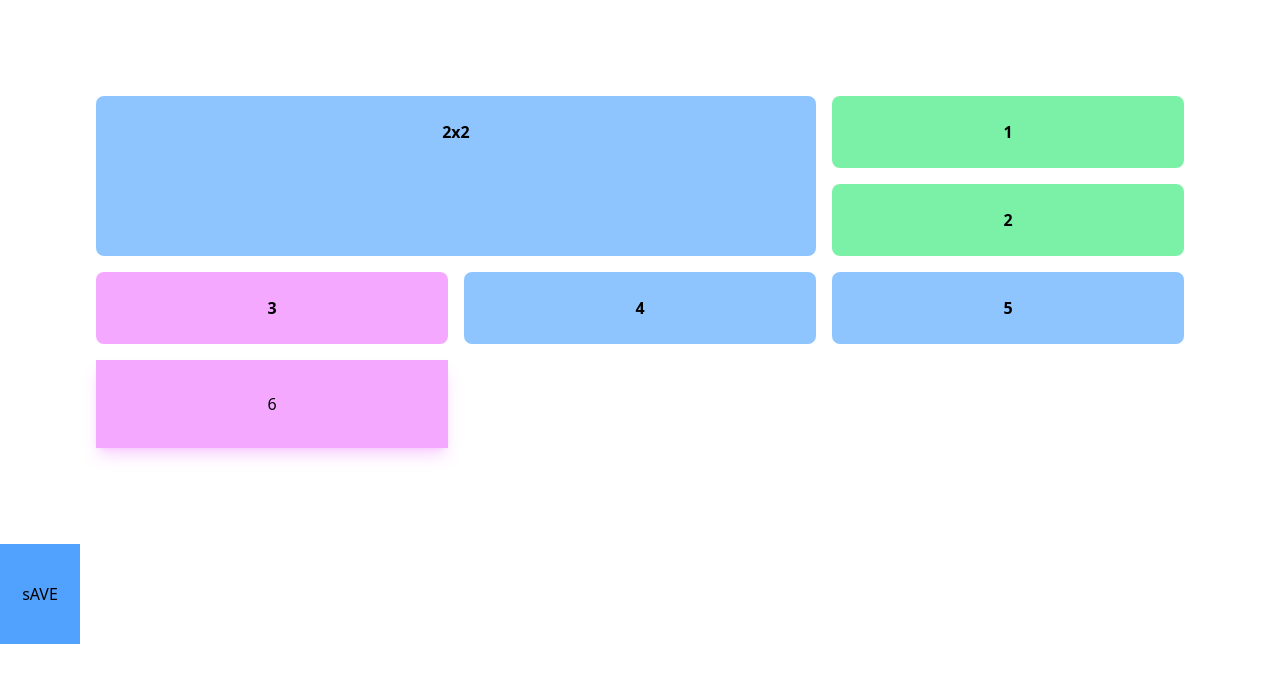
Repository: Abdulahi338/TailwindCss-exercise
Page: Exercise3/index.html
An editor plug-in stored every save of this project. The page is shown before and after a run of saves, followed by the edit.
The browser window is 1280 px wide. The pictures show the whole page.

Above is the page before, as saved 2025-08-12 17:56:26.

### Exercise3/index.html
<!DOCTYPE html>
<html lang="en">
<head>
    <meta charset="UTF-8">
    <meta name="viewport" content="width=device-width, initial-scale=1.0">
        <script src="https://cdn.jsdelivr.net/npm/@tailwindcss/browser@4"></script>

    <title>Exercise 2</title>
</head>
<body>

    <div class="grid grid-cols-3 grid-rwos-3 gap-4 m-24 text-center">
        <div class="bg-blue-300 p-6 font-bold col-span-2 row-span-2 rounded-lg"">2x2</div>
        <div class="bg-green-300 p-6 font-bold rounded-lg">1</div>
        <div class="bg-green-300 p-6 font-bold rounded-lg"">2</div>
        <div class="bg-fuchsia-300 p-6 font-bold rounded-lg"">3</div>
        <div class="bg-blue-300 p-6 font-bold rounded-lg"">4</div>
        <div class="bg-blue-300 p-6 font-bold rounded-lg"">5</div>
        <div class="bg-fuchsia-300 p-8 font-med shadow-lg shadow-fuchsia-300/50">6</div>

    </div>
            <button class="p-3 mx-auto w-[80px] h-[100px] bg-blue-400">sAVE</button>



</body>
</html>

After the next 2 saves:
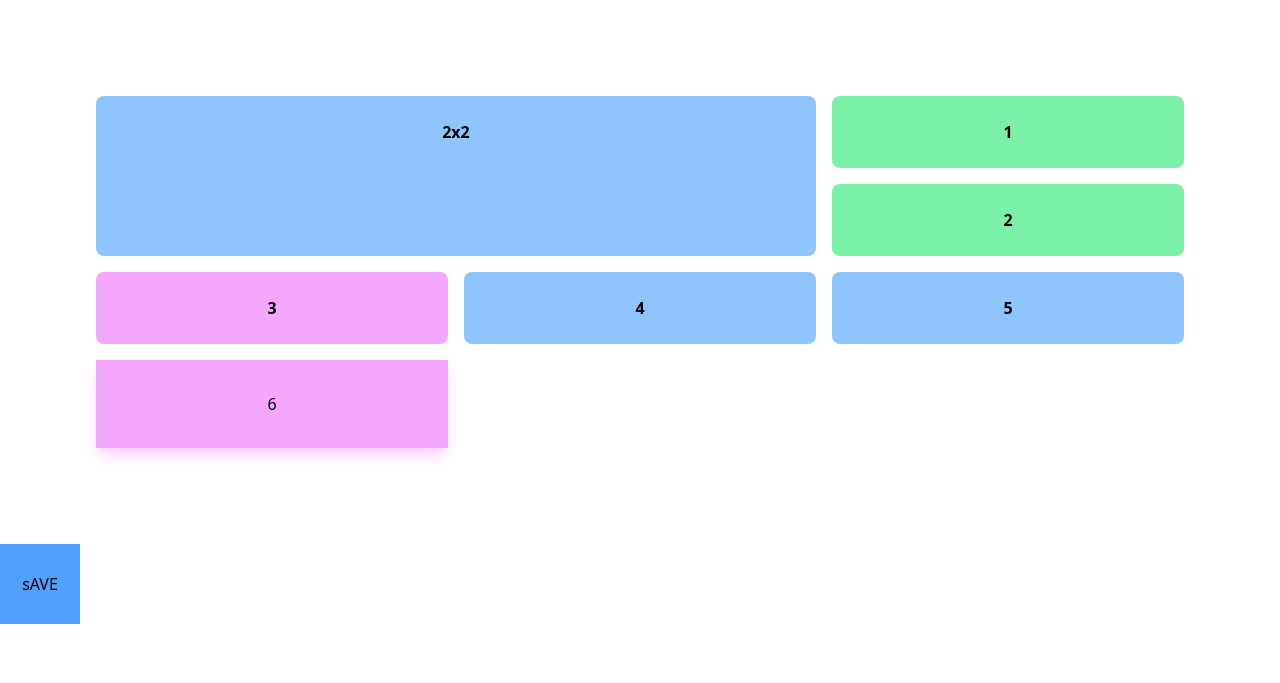
The 2 saves are shown as one change because they came seconds apart.
The last was saved 7 s later.
--- a/Exercise3/index.html
+++ b/Exercise3/index.html
@@ -19,7 +19,7 @@
         <div class="bg-fuchsia-300 p-8 font-med shadow-lg shadow-fuchsia-300/50">6</div>
 
     </div>
-            <button class="p-3 mx-auto w-[80px] h-[100px] bg-blue-400">sAVE</button>
+            <button class="p-3 mx-auto w-[80px] h-[80px] bg-blue-400">sAVE</button>
 
 
 
